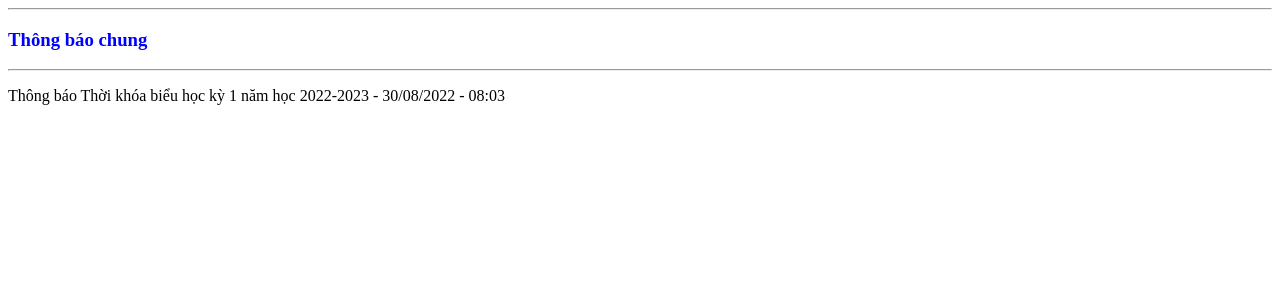
Repository: HoangDuy315/web-dev2022
Page: ex3.html
These files come from the project's save history. The page is drawn as it stood at one moment and after the next save; the edit follows.
The browser window is 1280 px wide. The pictures show the whole page.

Above is the page before, as saved 2022-09-22 15:38:40.

After the next save:
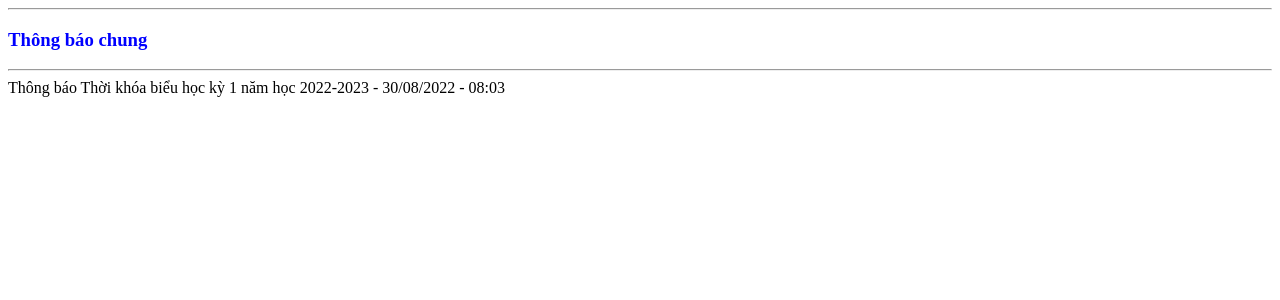
Saved 27 s later.
--- a/ex3.html
+++ b/ex3.html
@@ -23,7 +23,7 @@
             <li>Thông báo thời gian nộp đơn chuyển ngành, bảo lưu, nhập học lại Học kỳ 1 năm học 2022-2023 - 14/07/2022 - 15:02</li>
             <li>Cập nhật kết quả xét miễn anh văn - Thông báo về việc nhận đơn xét miễn các môn anh văn 1, 2 và 3 trong học kỳ 1 năm học 2022-2023 cho sinh viên chính quy chương trình đào tạo đại trà - 13/07/2022 - 14:46</li>
         </ul> -->
-        <p> <a href="https://student.uit.edu.vn/thongbao/thong-bao-thoi-khoa-bieu-hoc-ky-1-nam-hoc-2022-2023"></a> Thông báo Thời khóa biểu học kỳ 1 năm học 2022-2023  <span>- 30/08/2022 - 08:03</span></p>
+         <a href="https://student.uit.edu.vn/thongbao/thong-bao-thoi-khoa-bieu-hoc-ky-1-nam-hoc-2022-2023"></a> Thông báo Thời khóa biểu học kỳ 1 năm học 2022-2023  <span>- 30/08/2022 - 08:03</span>
     </hr>
 
 </body>
